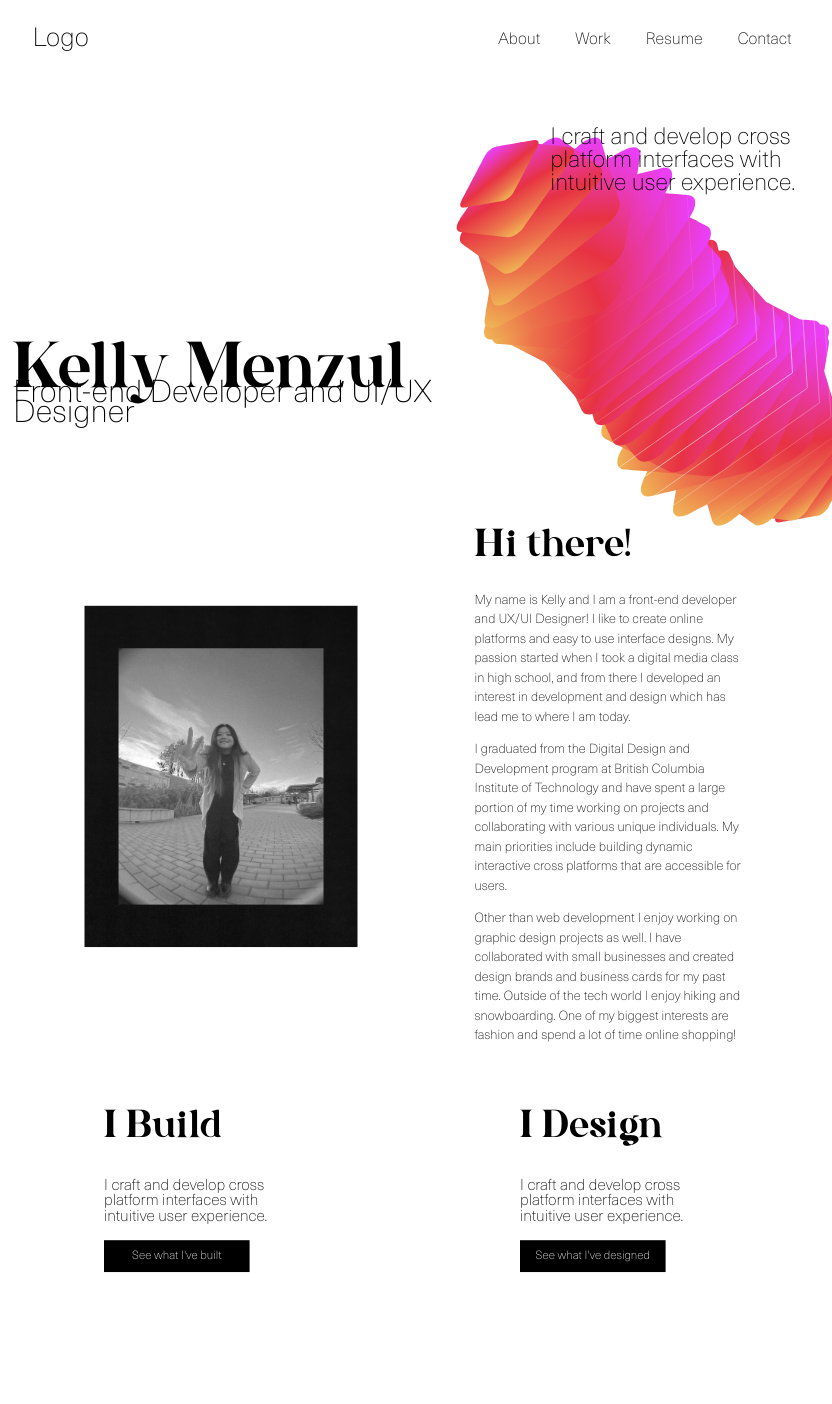
Repository: KellyMenzul/Kelly-Menzul
Page: /
These files come from the project's save history. The page is drawn as it stood at one moment and after a run of saves; the edit follows.
The browser window is 1280 px wide. The pictures show the whole page, at 65% of full size.
The project was rebuilt for these pictures with package versions that can differ from the ones it lists, and the page was loaded fresh each time. The framework's server and built-in components were replaced by stand-ins that run in the browser. Also part of the build but not shown: next.config.js.

Above is the page before, as saved 2022-01-20 16:03:14.

After the next 2 saves:
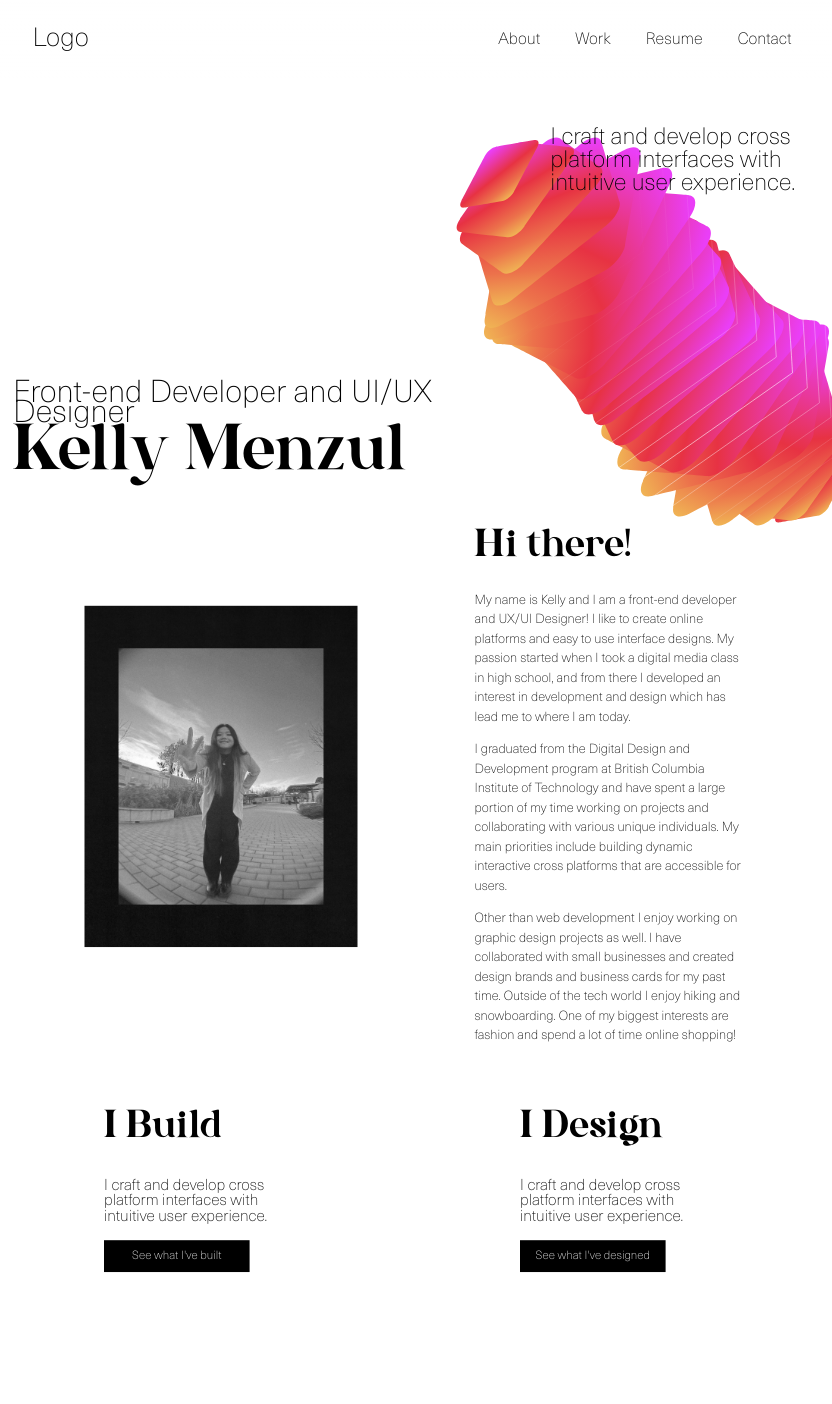
The 2 saves are shown as one change because they came seconds apart.
The last was saved 9 s later.
--- a/comps/Name/index.js
+++ b/comps/Name/index.js
@@ -21,6 +21,7 @@
   and (-webkit-min-device-pixel-ratio: 1) {
 
     font-size:100px;
+    line-height:0px;
 }
 `
 

After the save that followed:
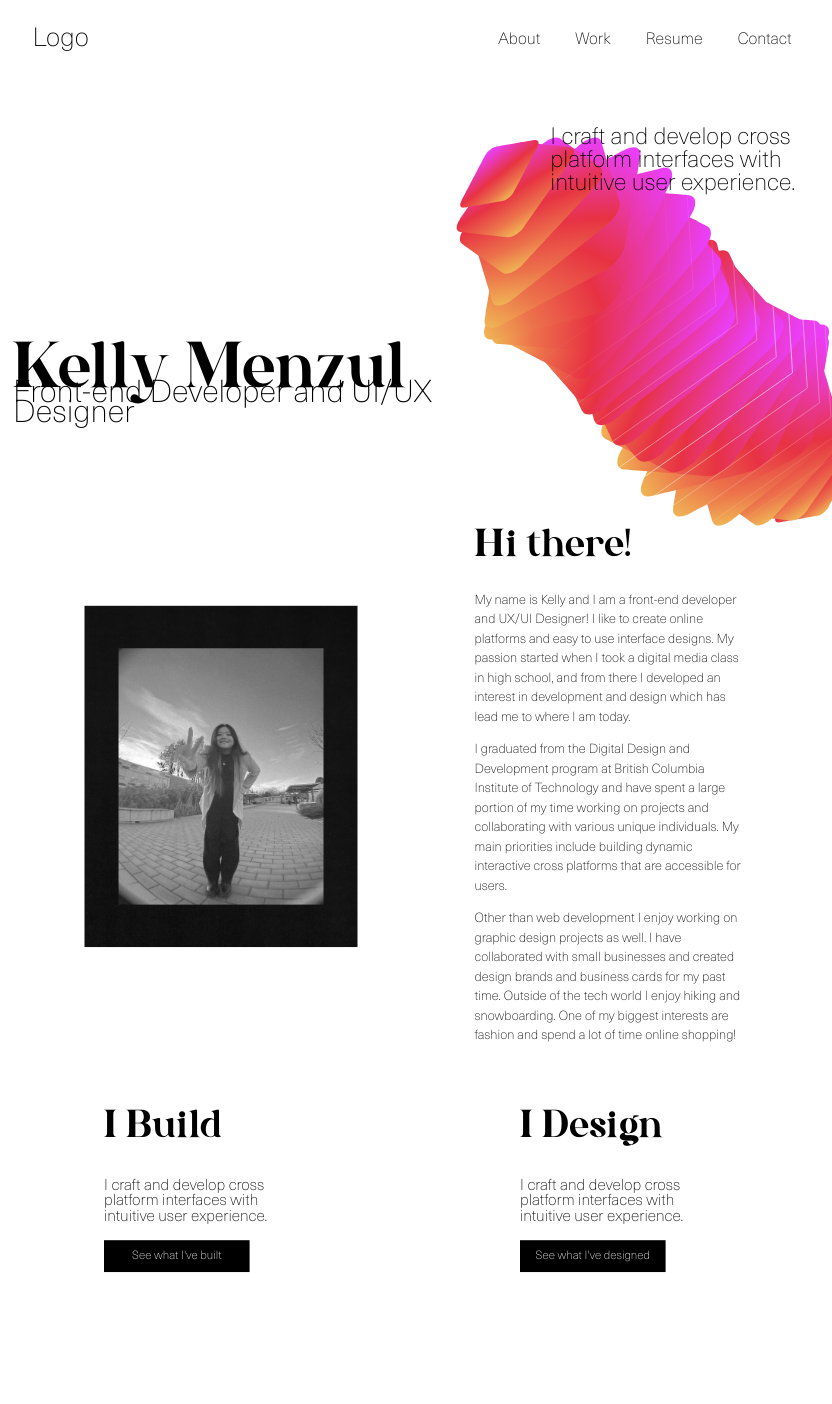
Saved 18 s later.
--- a/comps/Name/index.js
+++ b/comps/Name/index.js
@@ -21,7 +21,6 @@
   and (-webkit-min-device-pixel-ratio: 1) {
 
     font-size:100px;
-    line-height:0px;
 }
 `
 
